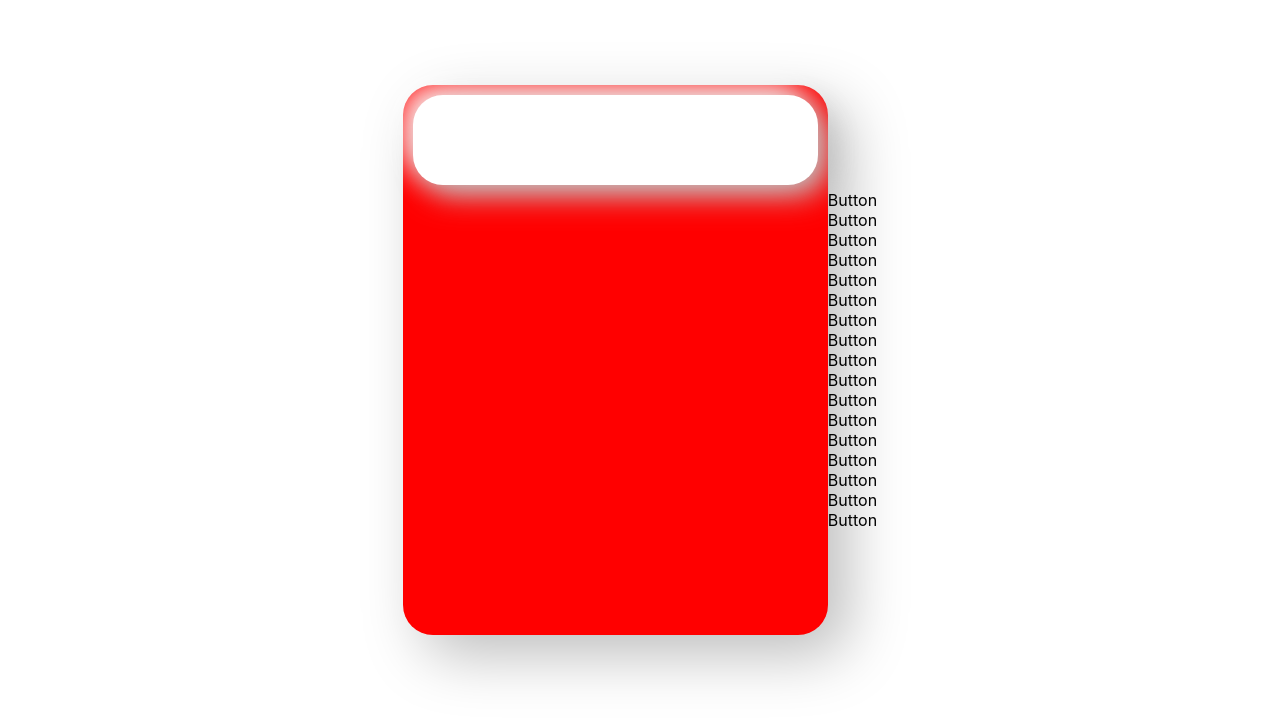
Repository: janidulnkg1/react-prac
Page: / (app in calculator/)
An editor plug-in stored every save of this project. The page is shown before and after the next save, followed by the edit.
The browser window is 1280 px wide. The pictures show the whole page.
The project was rebuilt for these pictures with package versions that can differ from the ones it lists, and the page was loaded fresh each time. Also part of the build but not shown: calculator/src/App.css, calculator/src/components/Button.module.css.

Above is the page before, as saved 2023-09-15 10:56:50.

### calculator/src/App.js
import logo from './logo.svg';
import './App.css';
import Home from './components/Home';

function App() {
  return (
    <>
    <Home/>
    </>
  );
}

export default App;

### calculator/src/components/Home.js
import React from 'react'
import classes from "./Home.module.css"
import Button from './Button'


function Home() {

const buttons = ["0","1","2","3","4","5","6","7","8","9","+","-","*","/","=","C","Del"]






  return (
    <div className={classes.home}>
      <div className={classes.inner}>
        <div className={classes.result}>
          <div className={classes.resbox}>
            </div>
        </div>
      </div>
      <div className={classes.btns}>
        {buttons.map((ele,index)=> {return <Button value={ele} key={index}/>})}
      </div>

    </div>
  )
}

export default Home

### calculator/src/components/Home.module.css
*{
    padding: 0;
     margin: 0;
     box-sizing: border-box;
}

.home{
    height: 100vh;
    width: 100vw;
    display: flex;
    justify-content: center;
    align-items: center;
}

.inner{
    background-color:red;
    height: 550px;
    width: 425px;
    border-radius: 30px;
    /*background-color: #ece1e1;*/
    box-shadow: 20px 20px 60px #bebebe,
     -20px -20px 60px #ffffff;
}

.result{
    font-size: 2rem;
    width: 405px;
    height: 90px;
    scrollbar-width: none;
    margin: auto;
    margin-top: 10px;
    margin-bottom: 10px;
    border-radius: 30px;
    background: white;
    box-shadow: 10px 10px 30px #bebebe,
    -10px -10px 30px #ffffff;
}

.resbox{
    width: 390px;
    height: min-content;
    overflow-y: auto;
    padding-left: 10px;
    padding-right: 10px;
    text-align: right;
}

### calculator/src/components/Button.js
import React from 'react'
import classes from "./Button.module.css"

function Button() {
  return (
    <div>Button</div>
  )
}

export default Button

Loaded but not shown: calculator/public/index.html (common file); calculator/src/index.js (common file); calculator/src/index.css (common file); calculator/src/reportWebVitals.js (common file)

After the next save:
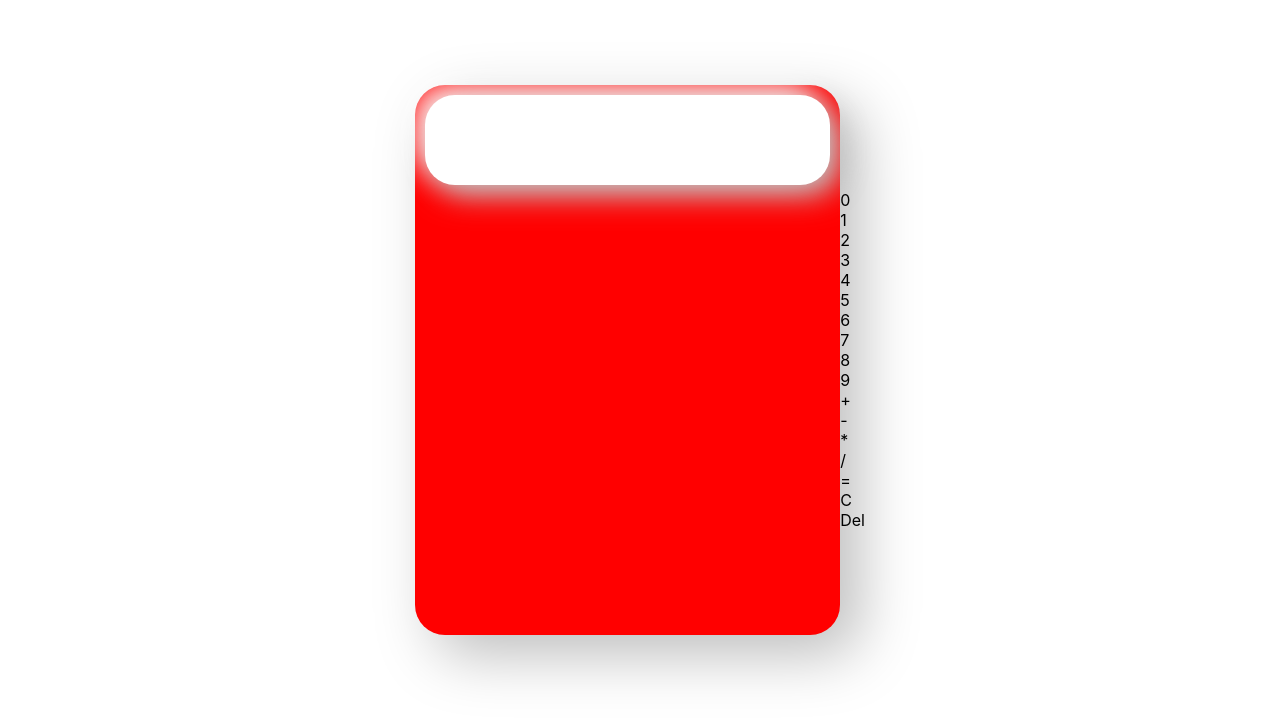
Saved 70 s later.
--- a/calculator/src/components/Button.js
+++ b/calculator/src/components/Button.js
@@ -1,9 +1,11 @@
 import React from 'react'
 import classes from "./Button.module.css"
 
-function Button() {
+function Button({value}) {
   return (
-    <div>Button</div>
+    <div className={classes.calcBtns}>
+        {value}
+    </div>
   )
 }
 
